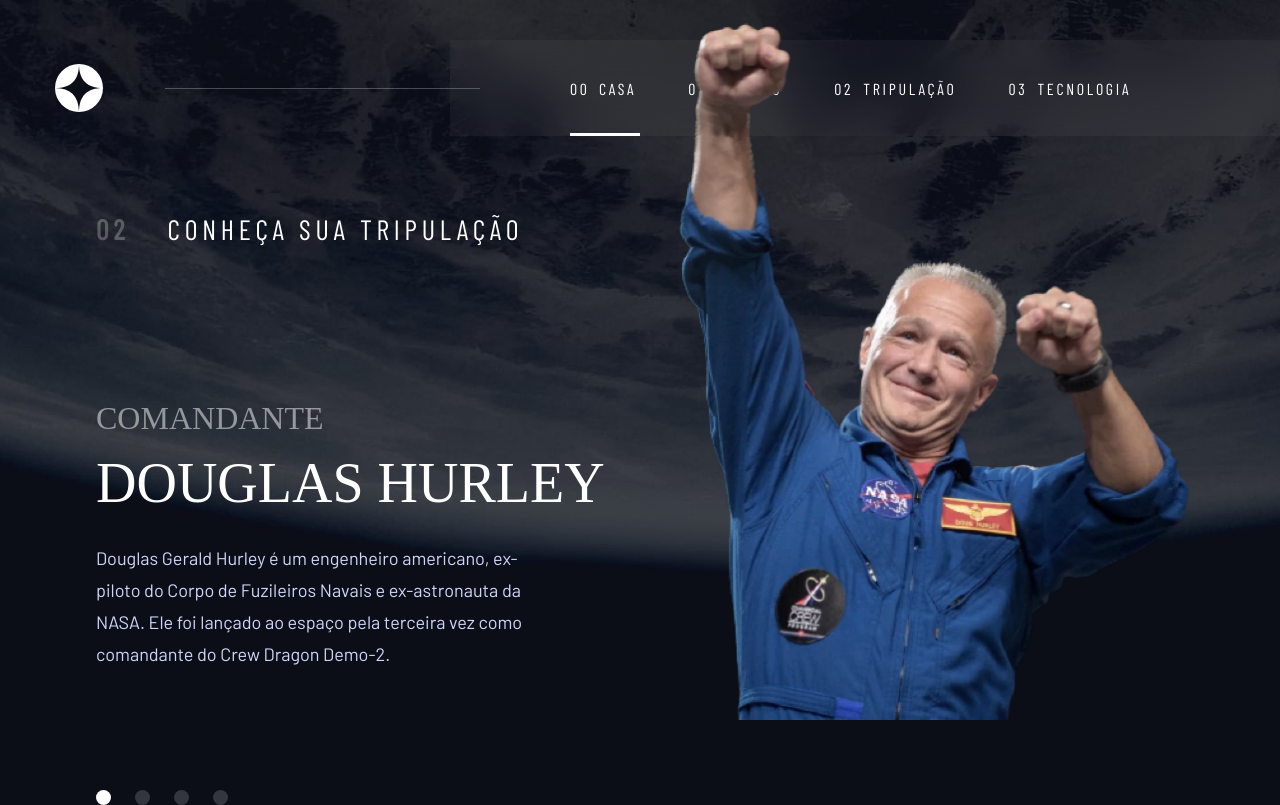
Repository: devbastos/turismo-no-espaco
Page: crew.html
The author's editor kept a copy of each file at every save. The page is drawn from the files as they stood at one save, then again after the next save.
The browser window is 1280 px wide. The pictures show the whole page.
Some web fonts or font styles are not loaded; a fallback is used.

Above is the page before, as saved 2022-02-03 10:45:10.

### crew.html
<!DOCTYPE html>
<html lang="en">
<head>
  <meta charset="UTF-8">
  <meta name="viewport" content="width=device-width, initial-scale=1.0">
  <link rel="icon" type="image/png" sizes="32x32" href="./images/favicon-32x32.png">
  <title>Frontend Mentor | Space tourism website</title>
  <link rel="preconnect" href="https://fonts.googleapis.com">
  <link rel="preconnect" href="https://fonts.gstatic.com" crossorigin>
  <link href="https://fonts.googleapis.com/css2?family=Barlow&family=Barlow+Condensed&family=Bellefair&display=swap" rel="stylesheet">
  <link rel="stylesheet" href="./css/style.css">
</head>
<body class="page page-tab page-crew">
  <header class="header">
    <div class="logo-holder">
      <a href="./index.html"><img src="./images/shared/logo.svg" alt="Space Tourism"></a>
    </div>
    <div class="header-menu">
      <ul class="header-menu__items">
        <li class="header-menu__item active"><a href="./index.html">Casa</a></li>
        <li class="header-menu__item"><a href="./destination.html">Destino</a></li>
        <li class="header-menu__item"><a href="./crew.html">Tripulação</a></li>
        <li class="header-menu__item"><a href="./technology.html">Tecnologia</a></li>
      </ul>
    </div>
    <button class="hamburger">
      <span></span>
    </button>
  </header>
  <main class="main">
    <div class="title">
      <div class="container">
        <h5><span>02</span> CONHEÇA SUA TRIPULAÇÃO</h5>
      </div>
    </div>
    <div class="tab crew">
      <div class="container">
        <div class="tab-content">
          <div class="tab-content__items">
            <div class="tab-content__item active" tab-anchor="commander">
              <h4>Comandante</h4>
              <h3>Douglas Hurley</h3>
              <p>Douglas Gerald Hurley é um engenheiro americano, ex-piloto do Corpo de Fuzileiros Navais e ex-astronauta da NASA. Ele foi lançado ao espaço pela terceira vez como comandante do Crew Dragon Demo-2.</p>
            </div>
            <div class="tab-content__item" tab-anchor="specialist">
              <h4>ESPECIALISTA EM MISSÃO</h4>
              <h3>MARK SHUTTLEWORTH</h3>
              <p>Mark Richard Shuttleworth é o fundador e CEO da Canonical, a empresa por trás do sistema operacional Ubuntu baseado em Linux. Shuttleworth tornou-se o primeiro sul-africano a viajar para o espaço como turista espacial</p>
            </div>
            <div class="tab-content__item" tab-anchor="pilot">
              <h4>PILOTO</h4>
              <h3>Victor Glover</h3>
              <p>Piloto no primeiro voo operacional da SpaceX Crew Dragon para a Estação Espacial Internacional. Glover é um comandante da Marinha dos EUA onde pilota um F/A-18. Ele era um membro da tripulação da Expedição 64, e serviu como engenheiro de voo de sistemas de estação.</p>
            </div>
            <div class="tab-content__item" tab-anchor="engineer">
              <h4>ENGENHEIRO DE VOO</h4>
              <h3>Anousheh Ansari</h3>
              <p>Anousheh Ansari é um engenheiro iraniano-americano e co-fundador da Prodea Systems. Ansari foi a quarta turista espacial autofinanciada, a primeira mulher autofinanciada a voar para a ISS, e a primeira iraniana no espaço.</p>
            </div>
          </div>
          <div class="tab-controls">
            <a href="#commander" class="tab-controls__item active"></a>
            <a href="#specialist" class="tab-controls__item"></a>
            <a href="#pilot" class="tab-controls__item"></a>
            <a href="#engineer" class="tab-controls__item"></a>
          </div>
        </div>
        <div class="tab-images">
          <div class="tab-images__item active" tab-anchor="commander">
            <img src="./images/crew/image-douglas-hurley.webp" alt="Commander">
          </div>
          <div class="tab-images__item" tab-anchor="specialist">
            <img src="./images/crew/image-mark-shuttleworth.webp" alt="Specialist">
          </div>
          <div class="tab-images__item" tab-anchor="pilot">
            <img src="./images/crew/image-victor-glover.webp" alt="Pilot">
          </div>
          <div class="tab-images__item" tab-anchor="engineer">
            <img src="./images/crew/image-anousheh-ansari.webp" alt="Engineer">
          </div>
        </div>
      </div>
    </div>
  </main>
  <script src="https://code.jquery.com/jquery-3.6.0.min.js" integrity="sha256-/xUj+3OJU5yExlq6GSYGSHk7tPXikynS7ogEvDej/m4=" crossorigin="anonymous"></script>
  <script src="./js/script.js"></script>
</body>
</html>

Loaded but not shown: js/script.js (35 lines, source omitted); css/style.css (958 lines, source omitted)

After the next save:
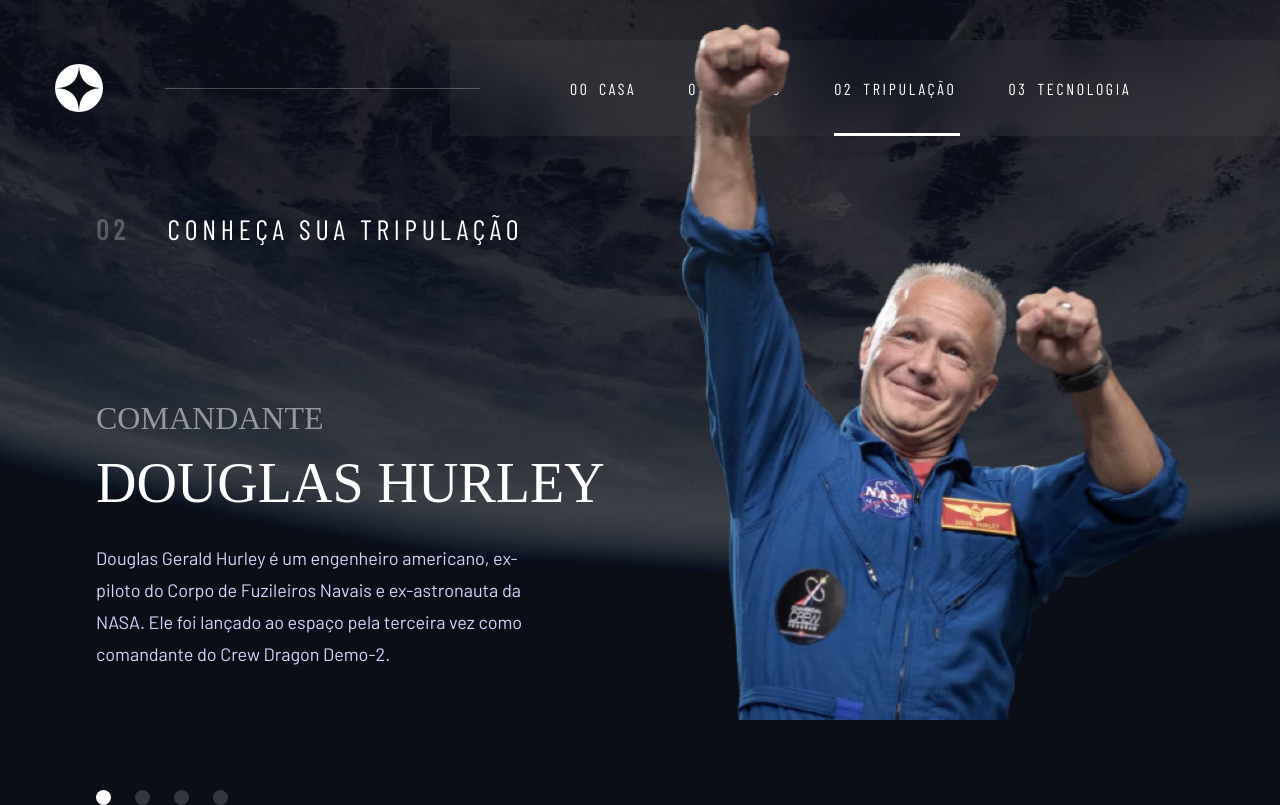
Saved 116 s later.
--- a/crew.html
+++ b/crew.html
@@ -17,9 +17,9 @@
     </div>
     <div class="header-menu">
       <ul class="header-menu__items">
-        <li class="header-menu__item active"><a href="./index.html">Casa</a></li>
+        <li class="header-menu__item"><a href="./index.html">Casa</a></li>
         <li class="header-menu__item"><a href="./destination.html">Destino</a></li>
-        <li class="header-menu__item"><a href="./crew.html">Tripulação</a></li>
+        <li class="header-menu__item active"><a href="./crew.html">Tripulação</a></li>
         <li class="header-menu__item"><a href="./technology.html">Tecnologia</a></li>
       </ul>
     </div>
